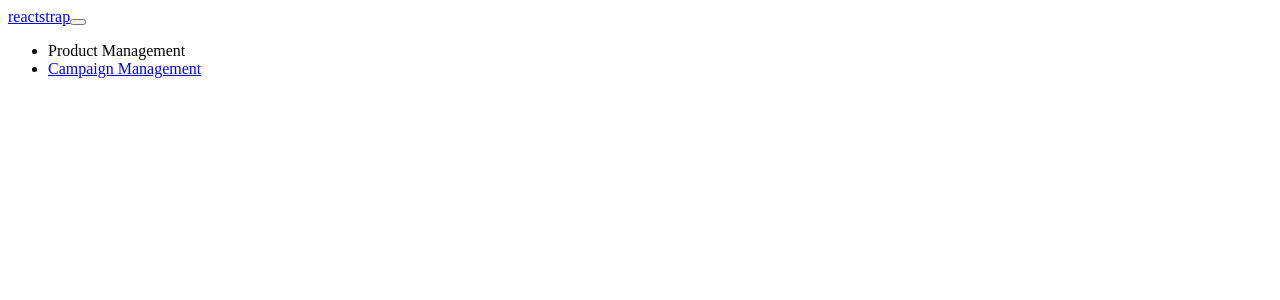
Repository: inglebhavin98/flashsale-management
Page: / (app in flash-commerce/)
These files come from the project's save history. The page is drawn as it stood at one moment and after the next save; the edit follows.
The browser window is 1280 px wide. The pictures show the whole page.
The project was rebuilt for these pictures with package versions that can differ from the ones it lists, and the page was loaded fresh each time.

Above is the page before, as saved 2022-01-10 13:11:15.

### flash-commerce/src/App.js
import { Homepage } from "./Homepage";
function App() {
  return <Homepage />;
}

export default App;

### flash-commerce/src/Homepage.js
import React from "react";
import { Button } from "reactstrap";
import Header from "./components/Header";

export const Homepage = () => {
  return <Header />;
};

### flash-commerce/src/components/Header.js
import {
  Navbar,
  NavbarBrand,
  NavbarToggler,
  Collapse,
  Nav,
  NavItem,
  NavLink,
  // UncontrolledDropdown,
  // DropdownToggle,
  // DropdownMenu,
  // DropdownItem,
  // NavbarText,
} from "reactstrap";
export const Header = () => {
  return (
    <div>
      <Navbar color="light" expand="md" light>
        <NavbarBrand href="/">reactstrap</NavbarBrand>
        <NavbarToggler onClick={function noRefCheck() {}} />
        <Collapse navbar>
          <Nav className="me-auto" navbar>
            <NavItem>
              <NavLink
                onClick={() => {
                  console.log("test");
                }}
              >
                Product Management
              </NavLink>
            </NavItem>
            <NavItem>
              <NavLink href="https://github.com/reactstrap/reactstrap">
                Campaign Management
              </NavLink>
            </NavItem>
            {/* <UncontrolledDropdown inNavbar nav>
              <DropdownToggle caret nav>
                Options
              </DropdownToggle>
              <DropdownMenu right>
                <DropdownItem>Option 1</DropdownItem>
                <DropdownItem>Option 2</DropdownItem>
                <DropdownItem divider />
                <DropdownItem>Reset</DropdownItem>
              </DropdownMenu>
            </UncontrolledDropdown> */}
          </Nav>
          {/* <NavbarText>Simple Text</NavbarText> */}
        </Collapse>
      </Navbar>
    </div>
  );
};

export default Header;

Loaded but not shown: flash-commerce/public/index.html (common file); flash-commerce/src/index.js (common file); flash-commerce/src/reportWebVitals.js (common file)

After the next save:
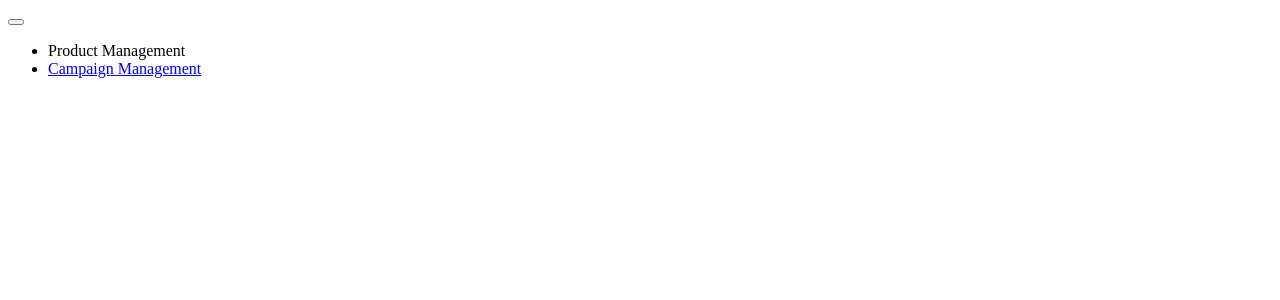
Saved 36 s later.
--- a/flash-commerce/src/components/Header.js
+++ b/flash-commerce/src/components/Header.js
@@ -16,8 +16,12 @@ export const Header = () => {
   return (
     <div>
       <Navbar color="light" expand="md" light>
-        <NavbarBrand href="/">reactstrap</NavbarBrand>
-        <NavbarToggler onClick={function noRefCheck() {}} />
+        {/* <NavbarBrand href="/">reactstrap</NavbarBrand> */}
+        <NavbarToggler
+          onClick={() => {
+            console.log("toggle");
+          }}
+        />
         <Collapse navbar>
           <Nav className="me-auto" navbar>
             <NavItem>
